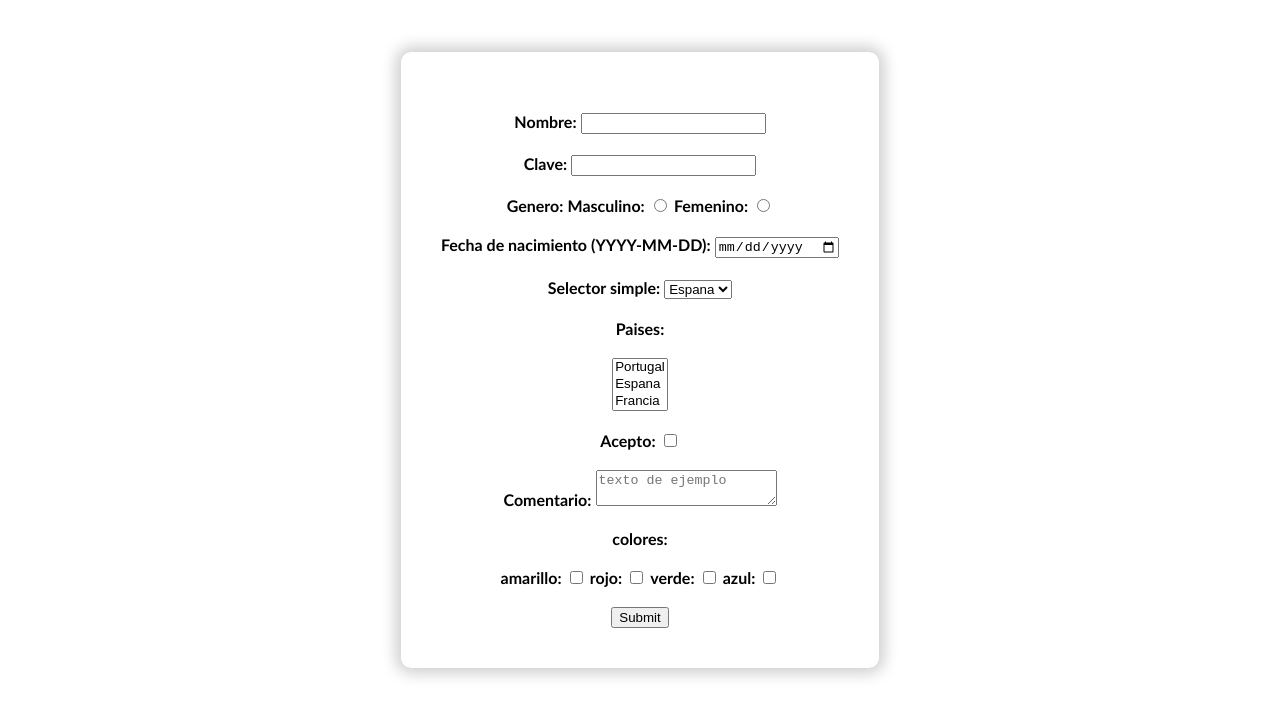
Repository: alvaroteja/ServidorJava
Page: http://localhost/12-EchoParametrosConArchivosJSP/
These files come from the project's save history. The page is drawn as it stood at one moment and after the next save; the edit follows.
The browser window is 1280 px wide. The pictures show the whole page.
The page is served by Tomcat 10. Other server files are loaded and not shown.

Above is the page before, as saved 2023-01-26 11:57:38.

### 12-EchoParametrosConArchivosJSP/src/main/webapp/formulario.jsp
<%@ page language="java" contentType="text/html; charset=UTF-8" pageEncoding="UTF-8" import="paqueteClases.Scriptlets ,paqueteClases.Datos"%>

<%
// Variables recuperadas
String nombre = (String) request.getAttribute("nombre");
nombre = nombre != null ? nombre : "";

String clave = (String) request.getAttribute("clave");
clave = clave != null ? clave : "";

String genero = (String) request.getAttribute("genero");
String generoMasculino = genero != null && genero.equals("masculino") ? "checked" : "";
String generoFemenino = genero != null && genero.equals("femenino") ? "checked" : "";

String FechaNacimiento = (String) request.getAttribute("FechaNacimiento");
FechaNacimiento = FechaNacimiento != null ? FechaNacimiento : "";

String selectorSimple = (String) request.getAttribute("selectorSimple");
selectorSimple = selectorSimple != null ? selectorSimple : "";

String[] pais = (String[]) request.getAttribute("pais");
pais = pais != null ? pais : new String[0];


String acepto = (String) request.getAttribute("acepto");
acepto = acepto != null && acepto.equals("on") ? "checked" : "";

String comentario = (String) request.getAttribute("comentario");
comentario = comentario != null ? comentario : "";

String oculto = (String) request.getAttribute("oculto");
oculto = oculto != null ? oculto : "";

String[] colores = (String []) request.getAttribute("colores");
colores = colores != null ? colores : new String[0];

String nombreValidacion = (String) request.getAttribute("nombreValidacion");
String claveValidacion = (String) request.getAttribute("claveValidacion");
String generoValidacion = (String) request.getAttribute("generoValidacion");
String FechaNacimientoValidacion = (String) request.getAttribute("FechaNacimientoValidacion");
String selectorSimpleValidacion = (String) request.getAttribute("selectorSimpleValidacion");
String paisValidacion = (String) request.getAttribute("paisValidacion");
String aceptoValidacion = (String) request.getAttribute("aceptoValidacion");
String comentarioValidacion = (String) request.getAttribute("comentarioValidacion");
String ocultoValidacion = (String) request.getAttribute("ocultoValidacion");
String coloresValidacion= (String) request.getAttribute("coloresValidacion");
%>

<!DOCTYPE html>
<html>
<head>
<meta charset="UTF-8">
<title>Insert title here</title>
<style>
body {
	margin: 0;
	width: 100vw;
	height: 100vh;
	display: flex;
	align-items: center;
	justify-content: center;
}

form {
	background-color: white;
	box-shadow: 0 0 15px 5px rgba(0, 0, 0, 0.2);
	padding: 40px;
	border-radius: 10px;
	text-align: center;
	font-family: "Gill Sans", "Gill Sans MT", Calibri, "Trebuchet MS",
		sans-serif;
}

form>* {
	margin-top: 20px;
}

label {
	display: inline-block;
	font-weight: bold;
}
</style>
</head>
<body>
	<form action="FormularioServlet" method="post">
		<label>Nombre:</label>
		<input type="text" name="nombre" value="<%=nombre%>" /> <br />
		<label>Clave:</label>
		<input type="password" name="clave" value="<%=clave%>" /> <br />
		<label>Genero:</label>
		<label>Masculino:</label>
		<input type="radio" name="genero" value="masculino" <%=generoMasculino%> />
		<label>Femenino:</label>
		<input type="radio" name="genero" value="femenino" <%=generoFemenino%> /> <br />
		<label>Fecha de nacimiento (YYYY-MM-DD):</label>
		<input type="date" name="FechaNacimiento" value="<%=FechaNacimiento%>"> <br />
		<label>Selector simple:</label>
		<!-- <select name="selectorSimple" >
			<option value="Espana" >Espana</option>
			<option value="Francia" >Francia</option>
			<option value="Italia" >Italia</option>
		</select> -->
		<%=Scriptlets.generaSelectSimple("selectorSimple", Datos.arrayValoresYEtiquetasSimple, selectorSimple)%>
		<br />
		<label>Paises:</label>
		<br />
		<!--  <select name="pais" id="pais" multiple>
			<option value="Portugal">Portugal</option>
			<option value="Espana">Espa�a</option>
			<option value="Francia">Francia</option>
			<option value="Italia">Italia</option>
		</select> -->
		<%=Scriptlets.generaSelectMultiple("pais", Datos.arrayValoresYEtiquetasMultiple, pais, 3)%>
		<br />
		<label>Acepto:</label>
		<input type="checkbox" name="acepto" <%=acepto%> /> <br />
		<label>Comentario:</label>
		<textarea name="comentario" placeholder="texto de ejemplo"><%=comentario%></textarea>
		<input type="hidden" name="oculto" value="aa" /><br />
		<label class="margen">colores:</label>
		<br />
		<label>amarillo:</label>
		<input type="checkbox" name="colores" value="amarillo" />
		<label>rojo:</label>
		<input type="checkbox" name="colores" value="rojo" />
		<label>verde:</label>
		<input type="checkbox" name="colores" value="verde" />
		<label>azul:</label>
		<input type="checkbox" name="colores" value="azul" /> <br /> <input type="submit" />
	</form>
</body>
</html>

### 12-EchoParametrosConArchivosJSP/src/main/java/paqueteClases/Datos.java
package paqueteClases;

import java.util.LinkedHashMap;

public class Datos {
	public static LinkedHashMap<String, String> arrayValoresYEtiquetasSimple = new LinkedHashMap<String, String>() {
		{
			put("ES", "Espana");
			put("FR", "Francia");
			put("IT", "Italia");
		}
	};

	public static LinkedHashMap<String, String> arrayValoresYEtiquetasMultiple = new LinkedHashMap<String, String>() {
		{
			put("PR", "Portugal");
			put("ES", "Espana");
			put("FR", "Francia");
			put("IT", "Italia");
		}
	};

	public static LinkedHashMap<String, String> arrayColores = new LinkedHashMap<String, String>() {
		{
			put("AM", "amarillo");
			put("RO", "rojo");
			put("WE", "verde");
			put("Az", "azul");
		}
	};
}

### 12-EchoParametrosConArchivosJSP/src/main/java/paqueteClases/Scriptlets.java
package paqueteClases;
//package paqueteClases;

import java.io.IOException;
import java.io.PrintWriter;
import java.util.Iterator;
import java.util.LinkedHashMap;
import java.util.Map;

import jakarta.servlet.ServletException;
import jakarta.servlet.annotation.WebServlet;
import jakarta.servlet.http.HttpServlet;
import jakarta.servlet.http.HttpServletRequest;
import jakarta.servlet.http.HttpServletResponse;

public class Scriptlets {
	private static final long serialVersionUID = 1L;

	/*
	 * nombreControl: valor del atributo name de los radios arrayValoresYEtiquetas:
	 * array asociativo de pares (valor, etiqueta) para el atributo value de cada
	 * radio y para el label de cada radio valorSeleccionado: valor del atributo
	 * value del elemento seleccionado, si es vac�o no se selecciona ninguno
	 */
	public static String generaBotonesRadio(String nombreControl, Map<String, String> arrayValoresYEtiquetas,
			String valorSeleccionado) {
		String salida = "";
		Iterator<String> iteradorConjuntoClaves = arrayValoresYEtiquetas.keySet().iterator();
		while (iteradorConjuntoClaves.hasNext()) {
			String clave = iteradorConjuntoClaves.next();
			String valor = arrayValoresYEtiquetas.get(clave);
			if (valorSeleccionado.equals(clave)) {
				salida += "<label>" + valor + "</label><input type=\"radio\" name=\"" + nombreControl + "\" value=\""
						+ clave + "\" checked=\"checked\" />" + "\n";
			} else {
				salida += "<label>" + valor + "</label><input type=\"radio\" name=\"" + nombreControl + "\" value=\""
						+ clave + "\" />" + "\n";
			}
		}
		return salida;
	}

	/*
	 * arrayValoresYEtiquetas: array asociativo de pares (valor, etiqueta) para el
	 * atributo value de cada checkbox y para el nombre y label de cada checkbox
	 * valoresSeleccionados: un array de valores que son los value de los ckeckbox
	 * seleccionados
	 */
	public static String generaCajasChequeo(Map<String, String> arrayValoresYEtiquetas, String[] valoresSeleccionados) {
		String salida = "";
		int numerovaloresSeleccionados = valoresSeleccionados.length; // cuantos valores seleccionados se han recibido
		if (numerovaloresSeleccionados > 0) { // hay alg�n valor seleccionado
			int contadorValoresSeleccionados = 0; // cu�ntos valores seleccionados ya se han recorrido
			Iterator<String> iteradorConjuntoClaves = arrayValoresYEtiquetas.keySet().iterator();
			while (iteradorConjuntoClaves.hasNext()) {
				String clave = iteradorConjuntoClaves.next();
				String valor = arrayValoresYEtiquetas.get(clave);
				if ((contadorValoresSeleccionados < numerovaloresSeleccionados)
						&& (valoresSeleccionados[contadorValoresSeleccionados].equals(clave))) {
					salida += "<label>" + valor + "</label><input type=\"checkbox\" name=\"" + valor + "\" value=\""
							+ clave + "\" checked=\"checked\" />" + "\n";
					contadorValoresSeleccionados++;
				} else {
					salida += "<label>" + valor + "</label><input type=\"checkbox\" name=\"" + valor + "\" value=\""
							+ clave + "\" />" + "\n";
				}
			}
		} else {
			Iterator<String> iteradorConjuntoClaves = arrayValoresYEtiquetas.keySet().iterator();
			while (iteradorConjuntoClaves.hasNext()) {
				String clave = iteradorConjuntoClaves.next();
				String valor = arrayValoresYEtiquetas.get(clave);
				salida += "<label>" + valor + "</label><input type=\"checkbox\" name=\"" + valor + "\" value=\"" + clave
						+ "\" />" + "\n";
			}
		}
		return salida;
	}

	/*
	 * arrayValoresYEtiquetas: array asociativo de pares (valor, etiqueta) para el
	 * atributo value de cada checkbox y para el nombre y label de cada checkbox
	 * valoresSeleccionados: un array de valores que son los value de los ckeckbox
	 * seleccionados
	 */
	public static String generaArrayCajasChequeo(String nombreControl, Map<String, String> arrayValoresYEtiquetas,
			String[] valoresSeleccionados) {
		String salida = "";
		int numerovaloresSeleccionados = valoresSeleccionados.length; // cu�ntos valores seleccionados se han recibido
		if (numerovaloresSeleccionados > 0) { // hay alg�n valor seleccionado
			int contadorValoresSeleccionados = 0; // cu�ntos valores seleccionados ya se han recorrido
			Iterator<String> iteradorConjuntoClaves = arrayValoresYEtiquetas.keySet().iterator();
			while (iteradorConjuntoClaves.hasNext()) {
				String clave = iteradorConjuntoClaves.next();
				String valor = arrayValoresYEtiquetas.get(clave);
				if ((contadorValoresSeleccionados < numerovaloresSeleccionados)
						&& (valoresSeleccionados[contadorValoresSeleccionados].equals(clave))) {
					salida += "<label>" + valor + "</label><input type=\"checkbox\" name=\"" + nombreControl
							+ "\" value=\"" + clave + "\" checked=\"checked\" />" + "\n";
					contadorValoresSeleccionados++;
				} else {
					salida += "<label>" + valor + "</label><input type=\"checkbox\" name=\"" + nombreControl
							+ "\" value=\"" + clave + "\" />" + "\n";
				}
			}
		} else {
			Iterator<String> iteradorConjuntoClaves = arrayValoresYEtiquetas.keySet().iterator();
			while (iteradorConjuntoClaves.hasNext()) {
				String clave = iteradorConjuntoClaves.next();
				String valor = arrayValoresYEtiquetas.get(clave);
				salida += "<label>" + valor + "</label><input type=\"checkbox\" name=\"" + nombreControl + "\" value=\""
						+ clave + "\" />" + "\n";
			}
		}
		return salida;
	}

	/*
	 * nombreControl: valor del atributo name del select arrayValoresYTextos: array
	 * asociativo de pares (valor, texto) para el atributo value de cada option y
	 * para el texto de cada otion valorSeleccionado: value del option seleccionado
	 */
	public static String generaSelectSimple(String nombreControl, Map<String, String> arrayValoresYTextos,
			String valorSeleccionado) {
		String salida = "";
		salida += "<select name=\"" + nombreControl + "\">" + "\n";
		Iterator<String> iteradorConjuntoClaves = arrayValoresYTextos.keySet().iterator();
		while (iteradorConjuntoClaves.hasNext()) {
			String clave = iteradorConjuntoClaves.next();
			String valor = arrayValoresYTextos.get(clave);
			if (valorSeleccionado.equals(clave)) {
				salida += "  <option value=\"" + clave + "\" selected=\"selected\">" + valor + "</option>" + "\n";
			} else {
				salida += "  <option value=\"" + clave + "\">" + valor + "</option>" + "\n";
			}
		}
		salida += "</select>" + "\n";
		return salida;
	}

	/*
	 * nombreControl: valor del atributo name del select arrayValoresYTextos: array
	 * asociativo de pares (valor, texto) para el atributo value de cada option y
	 * para el texto de cada otion valoresSeleccionados: un array de valores, los
	 * value de los option seleccionados opcionesVisibles: n�mero de opciones
	 * visibles del select m�ltiple
	 */
	public static String generaSelectMultiple(String nombreControl, Map<String, String> arrayValoresYTextos,
			String[] valoresSeleccionados, int opcionesVisibles) {
		String salida = "";
		salida += "<select name=\"" + nombreControl + "\" multiple=\"multiple\" size=\"" + opcionesVisibles + "\">"
				+ "\n";
		int contadorValoresSeleccionados = 0; // cu�ntos valores seleccionados ya se han recorrido
		int numeroValoresSeleccionados = valoresSeleccionados.length; // cu�ntos valores seleccionados se han recibido
		Iterator<String> iteradorConjuntoClaves = arrayValoresYTextos.keySet().iterator();
		while (iteradorConjuntoClaves.hasNext()) {
			String clave = iteradorConjuntoClaves.next();
			String valor = arrayValoresYTextos.get(clave);
			if ((contadorValoresSeleccionados < numeroValoresSeleccionados)
					&& (valoresSeleccionados[contadorValoresSeleccionados].equals(clave))) {
				salida += "  <option value=\"" + clave + "\" selected=\"selected\">" + valor + "</option>" + "\n";
				contadorValoresSeleccionados++;
			} else {
				salida += "  <option value=\"" + clave + "\">" + valor + "</option>" + "\n";
			}
		}
		salida += "</select>" + "\n";
		return salida;
	}

}

After the next save:
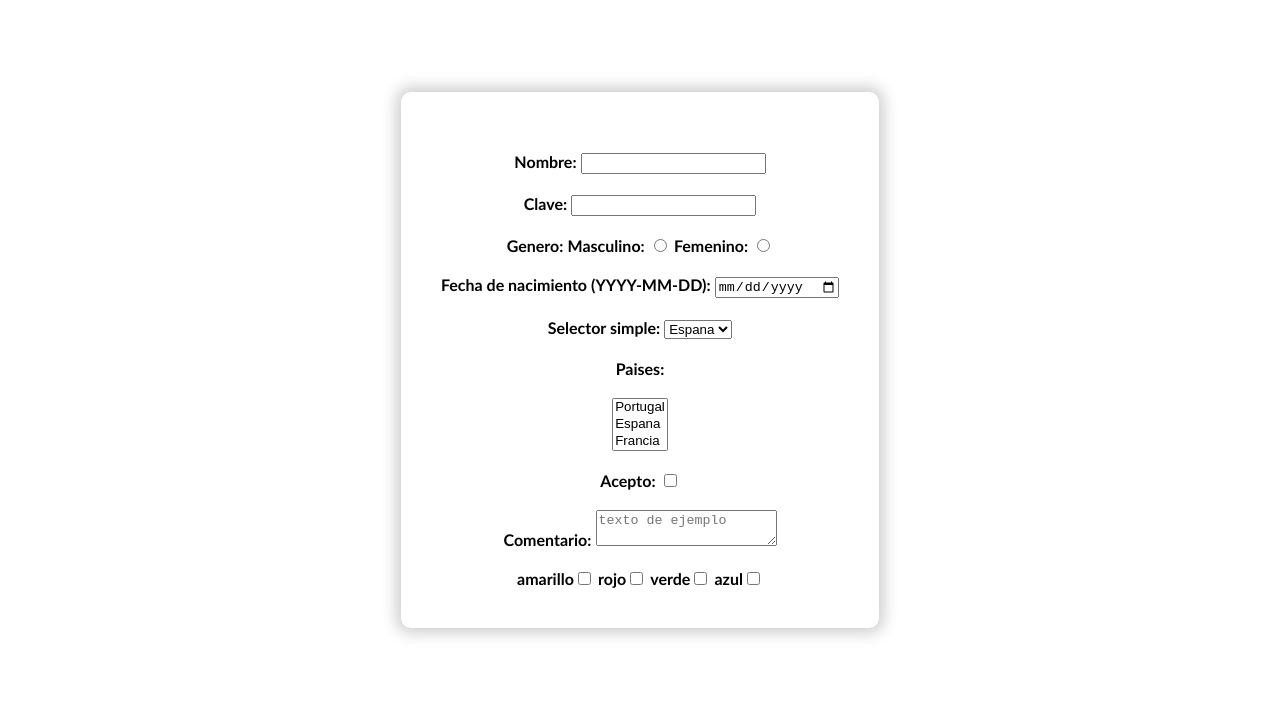
Saved 5 min 25 s later.
--- a/12-EchoParametrosConArchivosJSP/src/main/webapp/formulario.jsp
+++ b/12-EchoParametrosConArchivosJSP/src/main/webapp/formulario.jsp
@@ -117,7 +117,7 @@ label {
 		<label>Comentario:</label>
 		<textarea name="comentario" placeholder="texto de ejemplo"><%=comentario%></textarea>
 		<input type="hidden" name="oculto" value="aa" /><br />
-		<label class="margen">colores:</label>
+		<!-- <label class="margen">colores:</label>
 		<br />
 		<label>amarillo:</label>
 		<input type="checkbox" name="colores" value="amarillo" />
@@ -126,7 +126,8 @@ label {
 		<label>verde:</label>
 		<input type="checkbox" name="colores" value="verde" />
 		<label>azul:</label>
-		<input type="checkbox" name="colores" value="azul" /> <br /> <input type="submit" />
+		<input type="checkbox" name="colores" value="azul" /> <br /> <input type="submit" /> -->
+		<%=Scriptlets.generaArrayCajasChequeo("colores", Datos.arrayColores,colores)%>
 	</form>
 </body>
 </html>
